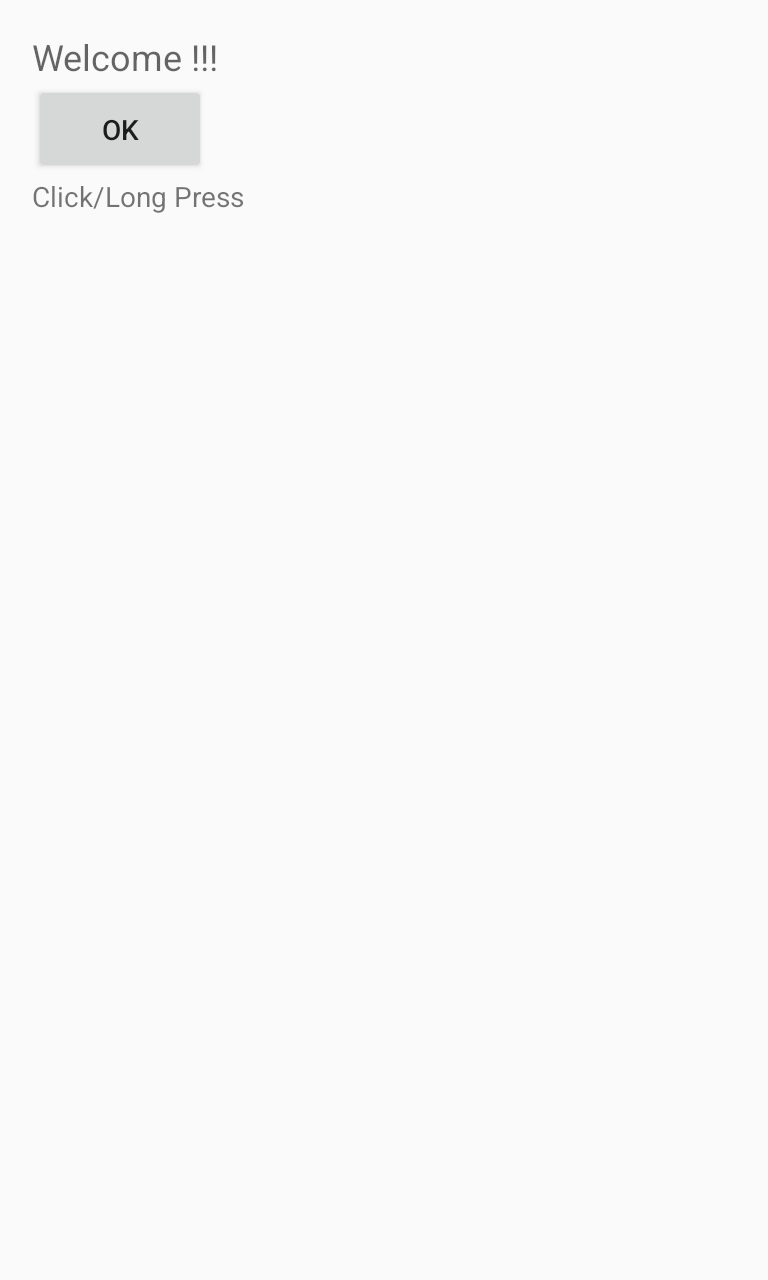
Repository: shivamgeek/Android-Code-Examples
Layout: fragment/res/layout/activity_main.xml
The author's editor kept a copy of each file at every save. The layout is drawn from the files as they stood at one save, then again after the next save.
It is drawn on a 768 x 1280 px phone screen (xhdpi) without system bars, with theme AppTheme; the app's code is not run.

Above is the layout before, as saved 2015-08-05 17:18:25.

### fragment/res/layout/activity_main.xml
<LinearLayout xmlns:android="http://schemas.android.com/apk/res/android"
    xmlns:tools="http://schemas.android.com/tools"

    android:layout_width="match_parent"
    android:layout_height="250dp"
    android:orientation="vertical"
    android:paddingBottom="@dimen/activity_vertical_margin"
    android:paddingLeft="@dimen/activity_horizontal_margin"
    android:paddingRight="@dimen/activity_horizontal_margin"
    android:paddingTop="@dimen/activity_vertical_margin"
    tools:context="com.example.fragment.MainActivity" >

    <LinearLayout
        android:id="@+id/LinearLayout2"
        android:layout_width="288dp"
        android:layout_height="454dp"
        android:orientation="vertical" >

        <TextView
            android:id="@+id/textView1"
            android:layout_width="wrap_content"
            android:layout_height="wrap_content"
            android:text="Welcome !!!"
            android:textAppearance="?android:attr/textAppearanceMedium" />

        <Button
            android:id="@+id/button1"
            android:layout_width="wrap_content"
            android:layout_height="wrap_content"
            android:text="OK" />

        <TextView
            android:id="@+id/textView2"
            android:layout_width="wrap_content"
            android:layout_height="wrap_content"
            android:text="Click/Long Press" />

    </LinearLayout>

</LinearLayout>

Loaded but not shown: fragment/res/values/styles.xml (common file); fragment/res/values-v11/styles.xml (common file); fragment/res/values-v14/styles.xml (common file); fragment/res/values/dimens.xml (common file); fragment/res/values-w820dp/dimens.xml (common file)

After the next save:
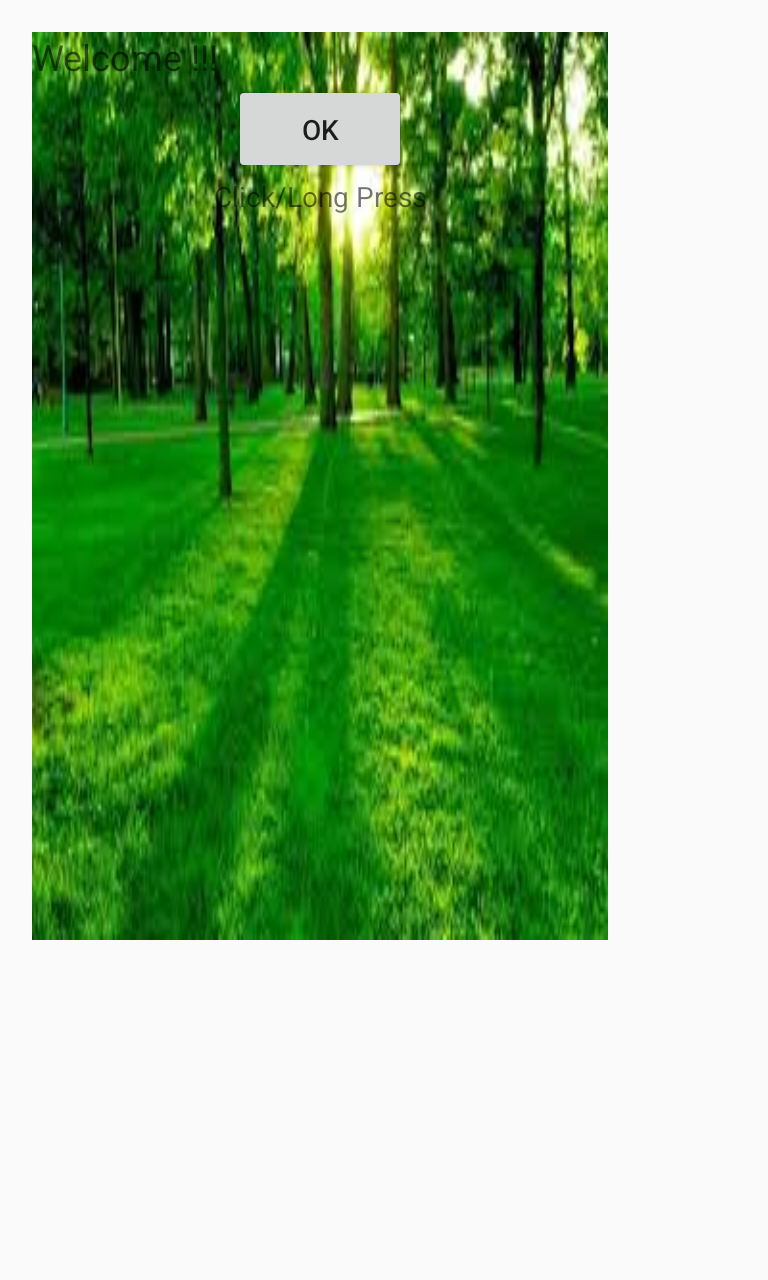
Saved 22 min 0 s later.
--- a/fragment/res/layout/activity_main.xml
+++ b/fragment/res/layout/activity_main.xml
@@ -1,8 +1,8 @@
 <LinearLayout xmlns:android="http://schemas.android.com/apk/res/android"
     xmlns:tools="http://schemas.android.com/tools"
-
     android:layout_width="match_parent"
     android:layout_height="250dp"
+
     android:orientation="vertical"
     android:paddingBottom="@dimen/activity_vertical_margin"
     android:paddingLeft="@dimen/activity_horizontal_margin"
@@ -11,6 +11,7 @@
     tools:context="com.example.fragment.MainActivity" >
 
     <LinearLayout
+          android:background="@drawable/a"
         android:id="@+id/LinearLayout2"
         android:layout_width="288dp"
         android:layout_height="454dp"
@@ -18,8 +19,9 @@
 
         <TextView
             android:id="@+id/textView1"
-            android:layout_width="wrap_content"
+            android:layout_width="match_parent"
             android:layout_height="wrap_content"
+            android:layout_gravity="center_horizontal|center|fill"
             android:text="Welcome !!!"
             android:textAppearance="?android:attr/textAppearanceMedium" />
 
@@ -27,12 +29,14 @@
             android:id="@+id/button1"
             android:layout_width="wrap_content"
             android:layout_height="wrap_content"
+            android:layout_gravity="center"
             android:text="OK" />
 
         <TextView
             android:id="@+id/textView2"
             android:layout_width="wrap_content"
             android:layout_height="wrap_content"
+            android:layout_gravity="center"
             android:text="Click/Long Press" />
 
     </LinearLayout>
